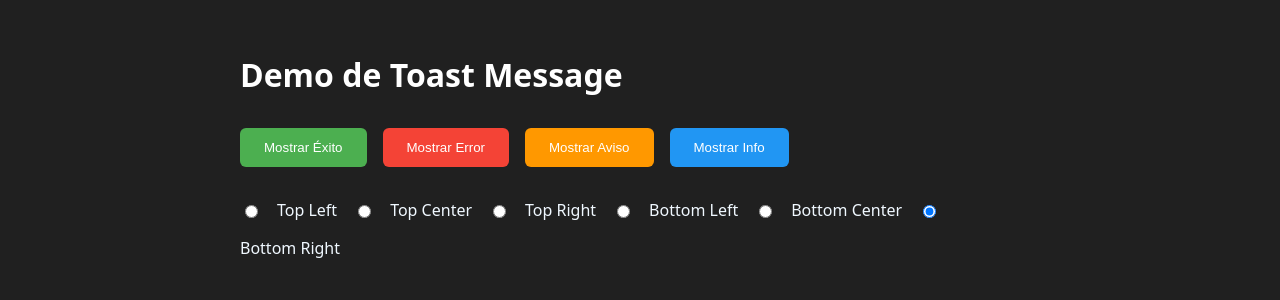
Repository: aitorcachero/aicadev-toast-message
Page: index.html
The author's editor kept a copy of each file at every save. The page is drawn from the files as they stood at one save, then again after the next save.
The browser window is 1280 px wide. The pictures show the whole page.

Above is the page before, as saved 2025-05-22 17:31:49.

### index.html
<!DOCTYPE html>
<html lang="es">

<head>
  <meta charset="UTF-8" />
  <title>Toast Message Demo</title>
  <style>
    body {
      font-family: system-ui, -apple-system, sans-serif;
      max-width: 800px;
      margin: 0 auto;
      padding: 2rem;
      background-color: rgb(32, 32, 32);
    }

    h1 {
      color: white;
    }

    .button-group {
      display: flex;
      gap: 1rem;
      flex-wrap: wrap;
      margin: 2rem 0;
    }

    button {
      padding: 0.75rem 1.5rem;
      border: none;
      border-radius: 6px;
      cursor: pointer;
      font-weight: 500;
      transition: all 0.2s;
    }

    button:hover {
      transform: translateY(-2px);
    }

    .success {
      background: #4caf50;
      color: white;
    }

    .error {
      background: #f44336;
      color: white;
    }

    .warning {
      background: #ff9800;
      color: white;
    }

    .info {
      background: #2196f3;
      color: white;
    }
  </style>
</head>

<body>
  <h1>Demo de Toast Message</h1>

  <div class="button-group">
    <button class="success"
      onclick="showToast('¡Operación completada con éxito!', 'success', 3000, 'bottom-right', true)">
      Mostrar Éxito
    </button>

    <button class="error" onclick="showToast('Ha ocurrido un error', 'error', 4000, 'bottom-right', true)">
      Mostrar Error
    </button>

    <button class="warning" onclick="showToast('Advertencia: Acción pendiente', 'warning', 3000, 'bottom-right', true)">
      Mostrar Aviso
    </button>

    <button class="info" onclick="showToast('Información importante', 'info', 3000, 'bottom-right', true)">
      Mostrar Info
    </button>
  </div>

  <div class="button-group" style="color: aliceblue;">
    <input type="radio" id="top-left" name="position" value="top-left">
    <label for="top-left">Top Left</label>
    <input type="radio" id="top-center" name="position" value="top-center">
    <label for="top-center">Top Center</label>
    <input type="radio" id="top-right" name="position" value="top-right">
    <label for="top-right">Top Right</label>
    <input type="radio" id="bottom-left" name="position" value="bottom-left">
    <label for="bottom-left">Bottom Left</label>
    <input type="radio" id="bottom-center" name="position" value="bottom-center">
    <label for="bottom-center">Bottom Center</label>
    <input type="radio" id="bottom-right" name="position" value="bottom-right" checked>
    <label for="bottom-right">Bottom Right</label>
  </div>


  <script type="module">
    import './src/toast-message.js';

    window.showToast = function (message, type = 'info', duration = 3000, position = 'top-right', closeable = false) {
      // Obtener la posición seleccionada del radio button
      const selectedPosition = document.querySelector('input[name="position"]:checked').value;

      const toast = document.createElement('toast-message');
      toast.innerHTML = message;
      toast.setAttribute('type', type);
      toast.setAttribute('duration', duration);
      toast.setAttribute('position', selectedPosition); // Usar la posición seleccionada
      if (closeable) {
        toast.setAttribute('closeable', '');
      }
      document.body.appendChild(toast);
    };
</script>
</body>

</html>

### src/toast-message.js
export class ToastMessage extends HTMLElement {
  static toasts = {
    'top-right': [],
    'top-left': [],
    'top-center': [],
    'bottom-right': [],
    'bottom-left': [],
    'bottom-center': [],
  };

  constructor() {
    super();
    this.attachShadow({ mode: 'open' });
  }

  connectedCallback() {
    const type = this.getAttribute('type') || 'info';
    const duration = parseInt(this.getAttribute('duration')) || 3000;
    const position = this.getAttribute('position') || 'top-right';
    const message = this.innerHTML;
    const closeable = this.hasAttribute('closeable');

    // Configurar posición inicial
    this.style.position = 'fixed';
    this.style.zIndex = '9999';

    // Reducido el espacio entre toasts a 60px (40px del toast + 20px de espacio)
    if (position.includes('bottom')) {
      const bottomOffset = 20 + ToastMessage.toasts[position].length * 60;
      this.style.bottom = `${bottomOffset}px`;
    } else {
      const topOffset = 20 + ToastMessage.toasts[position].length * 60;
      this.style.top = `${topOffset}px`;
    }

    // Posicionamiento horizontal
    if (position.includes('left')) {
      this.style.left = '20px';
    } else if (position.includes('right')) {
      this.style.right = '20px';
    } else {
      this.style.left = '50%';
      this.style.transform = 'translateX(-50%)';
    }

    // Añadir al array
    ToastMessage.toasts[position].push(this);

    const colors = {
      success: '#4caf50',
      error: '#f44336',
      warning: '#ff9800',
      info: '#2196f3',
    };

    const icon = {
      success: '✔️',
      error: '❌',
      warning: '⚠️',
      info: 'ℹ️',
    };

    const style = `
      :host {
        display: block;
        opacity: 0;
        animation: fadeIn 0.3s ease-out forwards;
      }

      .toast {
        background: ${colors[type]};
        color: white;
        padding: 0.75rem 1rem; /* Reducido el padding vertical */
        margin: 0.25rem 0; /* Reducido el margen */
        border-radius: 8px;
        box-shadow: 0 4px 12px rgba(0, 0, 0, 0.2);
        font-family: system-ui, -apple-system, sans-serif;
        font-size: 0.9rem;
        min-width: 250px;
        max-width: 350px;
        display: flex;
        align-items: center;
        justify-content: space-between;
        opacity: 0.95;
        transition: all 0.3s ease;
      }

      .toast.fade-out {
        opacity: 0;
        transform: translateX(${position.includes('right') ? '100%' : '-100%'});
      }

      .toast:hover {
        opacity: 1;
        box-shadow: 0 6px 16px rgba(0, 0, 0, 0.3);
      }

      .content {
        display: flex;
        align-items: center;
        gap: 8px;
        flex: 1;
      }

      .close-btn {
        background: none;
        border: none;
        color: white;
        cursor: pointer;
        padding: 0 4px;
        font-size: 1.2rem;
        opacity: 0.7;
        transition: opacity 0.2s;
      }

      .close-btn:hover {
        opacity: 1;
      }

      @keyframes fadeIn {
        from {
          opacity: 0;
          transform: translateX(${
            position.includes('right') ? '100%' : '-100%'
          });
        }
        to {
          opacity: 1;
          transform: translateX(0);
        }
      }
    `;

    const closeButton = closeable
      ? '<button class="close-btn" aria-label="Cerrar notificación">×</button>'
      : '';

    this.shadowRoot.innerHTML = `
      <style>${style}</style>
      <div class="toast" role="alert" aria-live="polite">
        <div class="content">
          <span aria-hidden="true">${icon[type]}</span>
          <span>${message}</span>
        </div>
        ${closeButton}
      </div>
    `;

    if (closeable) {
      this.shadowRoot
        .querySelector('.close-btn')
        .addEventListener('click', () => {
          this.startRemoval();
        });
    }

    if (duration !== 0) {
      setTimeout(() => this.startRemoval(), duration);
    }
  }

  startRemoval() {
    const toast = this.shadowRoot.querySelector('.toast');
    const position = this.getAttribute('position') || 'top-right';

    toast.classList.add('fade-out');

    setTimeout(() => {
      const index = ToastMessage.toasts[position].indexOf(this);
      if (index > -1) {
        ToastMessage.toasts[position].splice(index, 1);
        this.remove();
        this.updateRemainingToasts(position);
      }
    }, 300);
  }

  updateRemainingToasts(position) {
    const toasts = ToastMessage.toasts[position];
    toasts.forEach((toast, i) => {
      if (position.includes('bottom')) {
        toast.style.bottom = `${20 + i * 60}px`; // Actualizado el espaciado
      } else {
        toast.style.top = `${20 + i * 60}px`; // Actualizado el espaciado
      }
    });
  }

  disconnectedCallback() {
    const closeBtn = this.shadowRoot.querySelector('.close-btn');
    if (closeBtn) {
      closeBtn.removeEventListener('click', () => this.startRemoval());
    }
  }
}

if (!customElements.get('toast-message')) {
  customElements.define('toast-message', ToastMessage);
}

After the next save:
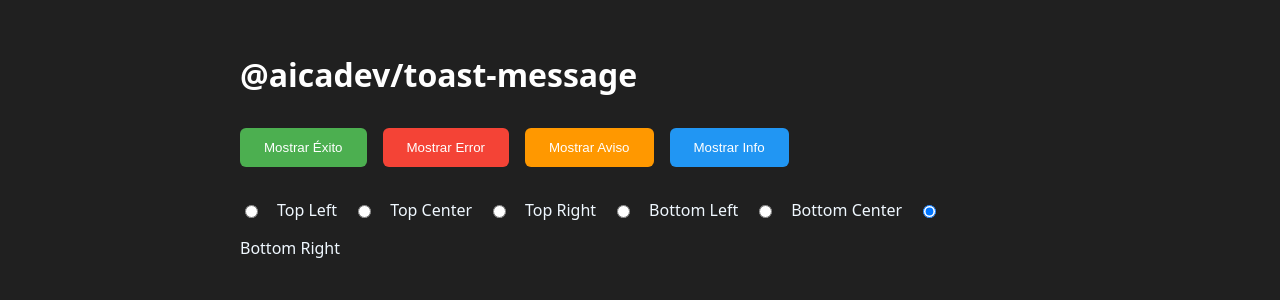
Saved 3 min 45 s later.
--- a/index.html
+++ b/index.html
@@ -60,7 +60,7 @@
 </head>
 
 <body>
-  <h1>Demo de Toast Message</h1>
+  <h1>@aicadev/toast-message</h1>
 
   <div class="button-group">
     <button class="success"
@@ -114,7 +114,7 @@
       }
       document.body.appendChild(toast);
     };
-</script>
+  </script>
 </body>
 
 </html>
